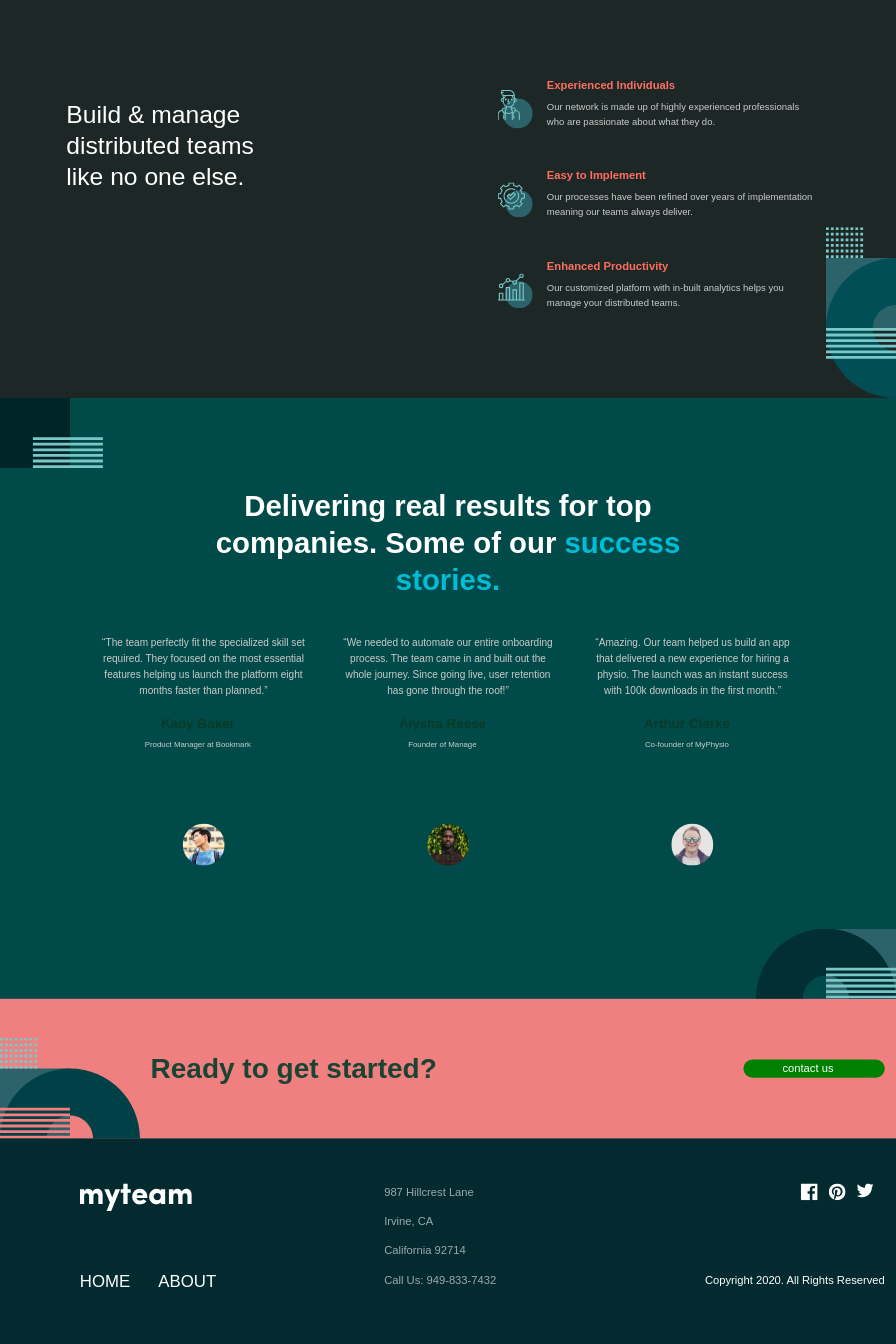
Repository: Gabriel221-dev/Project-page-main
Page: /
An editor plug-in stored every save of this project. The page is shown before and after the next save, followed by the edit.
The browser window is 1280 px wide. The pictures show the part of the page from y = 692 to 2612 px (the page is 2612 px tall), at 70% of full size.
The project was rebuilt for these pictures with package versions that can differ from the ones it lists, and the page was loaded fresh each time. Also part of the build but not shown: vite.config.js, src/pages/About.css, src/components/DirectorCard.css, src/components/DirectorCard.jsx, src/pages/About.jsx, src/pages/Contact.css, src/pages/Contact.jsx.

Above is the page before, as saved 2024-07-23 09:30:56.

### src/App.jsx
import { BrowserRouter as Router, Route, Routes } from "react-router-dom";
import Home from "./pages/Home";
import About from "./pages/About";
import Contact from "./pages/Contact";
import Header from "./components/Header";
import Footer from "./components/Footer";
import "./styles/global.css";

const App = () => {
  return (
    <Router>
      <Header />
      <main>
        <Routes>
          <Route path="/" element={<Home />} />
          <Route path="/about" element={<About />} />
          <Route path="/contact" element={<Contact />} />
        </Routes>
      </main>
      <Footer />
    </Router>
  );
};

export default App;

### src/pages/Home.jsx
import iconPerson from "../assets/Icon-Person1.png";
// import iconCog from "../assets/icon-cog.svg";
import iconChart from "../assets/icon-chart.svg";
import avatarAden from "../assets/avatar-aden.jpg";
import avatarDrake from "../assets/avatar-drake.jpg";
import avatarChristian from "../assets/avatar-christian.jpg";
import ContactBanner from "../components/ContactBanner";
import "./Home.css";

const Home = () => {
  return (
    <div className="home">
      <section className="find">
        <div className="find__content">
          <h1 className="find__title">
            Find the best <span className="find__title--coral">talent</span>
          </h1>
          <p className="find__description">
            Finding the right people and building high performing teams can be
            hard. Most companies aren’t tapping into the abundance of global
            talent. We’re about to change that.
          </p>
        </div>
      </section>
      <section className="build">
        <div className="build__content">
          <h2 className="build__title">
            Build & manage distributed teams like no one else.
          </h2>
          <div className="build__items">
            <div className="build__item">
              <img
                // src={iconPerson}
                src="/Imagez/icon-person.svg"
                alt="Experienced Individuals"
                className="build__icon"
              />
              <div className="build__text">
                <h3>Experienced Individuals</h3>
                <p>
                  Our network is made up of highly experienced professionals who
                  are passionate about what they do.
                </p>
              </div>
            </div>
            <div className="build__item">
              <img
                // src={iconCog}
                src="/Imagez/icon-cog.svg"
                alt="Easy to Implement"
                className="build__icon"
              />
              <div className="build__text">
                <h3>Easy to Implement</h3>
                <p>
                  Our processes have been refined over years of implementation
                  meaning our teams always deliver.
                </p>
              </div>
            </div>
            <div className="build__item">
              <img
                // src={iconChart}
                src="/Imagez/icon-chart.svg"
                alt="Enhanced Productivity"
                className="build__icon"
              />
              <div className="build__text">
                <h3>Enhanced Productivity</h3>
                <p>
                  Our customized platform with in-built analytics helps you
                  manage your distributed teams.
                </p>
              </div>
            </div>
          </div>
        </div>
      </section>
      <section className="delivering">
        <div className="delivering__content">
          <h2 className="delivering__title">
            Delivering real results for top companies. Some of our{" "}
            <span className="delivering__title--rapture-blue">
              success stories.
            </span>
          </h2>
          <div className="delivering__quotes">
            <div className="delivering__quote">
              <p>
                “The team perfectly fit the specialized skill set required. They
                focused on the most essential features helping us launch the
                platform eight months faster than planned.”
              </p>
              <h3>Kady Baker</h3>
              <p className="name__tag">Product Manager at Bookmark</p>
              <img src={avatarAden} alt="Kady Baker" />
            </div>
            <div className="delivering__quote">
              <p>
                “We needed to automate our entire onboarding process. The team
                came in and built out the whole journey. Since going live, user
                retention has gone through the roof!”
              </p>
              <h3>Aiysha Reese</h3>
              <p className="name__tag">Founder of Manage</p>
              <img src={avatarDrake} alt="Aiysha Reese" />
            </div>
            <div className="delivering__quote">
              <p>
                “Amazing. Our team helped us build an app that delivered a new
                experience for hiring a physio. The launch was an instant
                success with 100k downloads in the first month.”
              </p>
              <h3>Arthur Clarke</h3>
              <p className="name__tag">Co-founder of MyPhysio</p>
              <img src={avatarChristian} alt="Arthur Clarke" />
            </div>
          </div>
        </div>
      </section>
      <ContactBanner />
    </div>
  );
};

export default Home;

### src/components/Header.jsx
import { useState } from "react";
import { NavLink } from "react-router-dom";
import { FaBars } from "react-icons/fa";
import logo from "../assets/logo.svg";
import Sidebar from "./Sidebar";
import "./Header.css";
import { IconContext } from "react-icons";

const Header = () => {
  const [isSidebarToggled, setSidebarToggled] = useState(false);

  const handleToggle = () => {
    setSidebarToggled((prev) => !prev);
  };

  return (
    <>
      <IconContext.Provider value={{ color: "#fff" }}>
        <header className="header">
          <nav className="header__nav">
            <NavLink className="header__brand" to="/">
              <img
                className="header__logo"
                src={logo}
                alt="Logo"
                loading="eager"
                width="160"
              />
            </NavLink>

            <ul className="header__navigation">
              <li className="header__link">
                <NavLink
                  className={({ isActive }) =>
                    isActive
                      ? "header__anchor header__anchor--active"
                      : "header__anchor"
                  }
                  to="/"
                >
                  home
                </NavLink>
              </li>
              <li className="header__link">
                <NavLink
                  className={({ isActive }) =>
                    isActive
                      ? "header__anchor header__anchor--active"
                      : "header__anchor"
                  }
                  to="/about"
                >
                  about
                </NavLink>
              </li>

              <NavLink className="header__btn" to="/contact">
                contact us
              </NavLink>
            </ul>

            <button
              className="header__menu"
              title="Toggle Menu"
              onClick={handleToggle}
            >
              <FaBars />
            </button>
          </nav>
          <Sidebar isOpen={isSidebarToggled} onToggle={handleToggle} />
        </header>
      </IconContext.Provider>
    </>
  );
};

export default Header;

### src/styles/global.css
/* Reset some default browser styles */
* {
    margin: 0;
    padding: 0;
    box-sizing: border-box;
  }

  body {
    font-family: 'Arial', sans-serif;
    line-height: 1.6;
    color: #333;
    background-color: #004953;
    margin: 0;
    padding: 0;
  }

  /* Headings */
  h1, h2, h3, h4, h5, h6 {
    margin-bottom: 1rem;
    line-height: 1.25;
  }

  h1 {
    font-size: 2.5rem;
  }

  h2 {
    font-size: 2rem;
  }

  h3 {
    font-size: 1.75rem;
  }

  h4 {
    font-size: 1.5rem;
  }

  h5 {
    font-size: 1.25rem;
  }

  h6 {
    font-size: 1rem;
  }

  /* Paragraphs */
  p {
    margin-bottom: 1rem;
  }

  /* Links */
  a {
    color: #007BFF;
    text-decoration: none;
  }

  a:hover {
    text-decoration: underline;
  }

  /* Images */
  img {
    max-width: 100%;
    height: auto;
  }

  /* Forms */
  input, textarea, button {
    font-family: inherit;
    font-size: inherit;
  }

  input, textarea {
    width: 100%;
    padding: 0.5rem;
    margin-bottom: 1rem;
    border: 1px solid #ccc;
    border-radius: 4px;
  }

  button {
    padding: 0.5rem 1rem;
    background-color: #007BFF;
    color: #fff;
    border: none;
    border-radius: 4px;
    cursor: pointer;
  }

  button:hover {
    background-color: #0056b3;
  }

  /* Utility Classes */
  .container {
    max-width: 1200px;
    margin: 0 auto;
    padding: 0 1rem;
  }

  .text-center {
    text-align: center;
  }

  .mt-1 {
    margin-top: 1rem;
  }

  .mb-1 {
    margin-bottom: 1rem;
  }

  .mt-2 {
    margin-top: 2rem;
  }

  .mb-2 {
    margin-bottom: 2rem;
  }

  .mt-3 {
    margin-top: 3rem;
  }

  .mb-3 {
    margin-bottom: 3rem;
  }

  .mt-4 {
    margin-top: 4rem;
  }

  .mb-4 {
    margin-bottom: 4rem;
  }

  .mt-5 {
    margin-top: 5rem;
  }

  .mb-5 {
    margin-bottom: 5rem;
  }

### src/components/ContactBanner.jsx
import { Link } from "react-router-dom";
import "./ContactBanner.css";

const ContactBanner = () => {
  return (
    <div className="banner">
      <div className="banner__content">
        <h1 className="banner__title">Ready to get started?</h1>
        <Link to="/contact" className="banner__btn">
          contact us
        </Link>
      </div>
    </div>
  );
};

export default ContactBanner;

### src/components/Sidebar.jsx
import PropTypes from "prop-types";
import { useNavigate } from "react-router-dom";
import { AiOutlineClose } from "react-icons/ai";
import "./Sidebar.css";
import { IconContext } from "react-icons";

const Sidebar = ({ isOpen, onToggle }) => {
  const navigate = useNavigate();

  const handleNavigate = (path) => {
    navigate(path);
    onToggle();
  };

  return (
    <IconContext.Provider value={{ color: "#fff" }}>
      <div className={`sidebar ${isOpen ? "sidebar--open" : ""}`}>
        <div className="sidebar__overlay" onClick={onToggle}></div>
        <div className="sidebar__content">
          <div className="sidebar__header">
            <button
              className="sidebar__close"
              title="Close Menu"
              onClick={onToggle}
            >
              <AiOutlineClose />
            </button>
          </div>

          <ul className="sidebar__navigation">
            <li className="sidebar__link">
              <button
                className="sidebar__anchor"
                onClick={() => handleNavigate("/")}
              >
                home
              </button>
            </li>
            <li className="sidebar__link">
              <button
                className="sidebar__anchor"
                onClick={() => handleNavigate("/about")}
              >
                about
              </button>
            </li>
          </ul>

          <button
            className="sidebar__btn"
            onClick={() => handleNavigate("/contact")}
          >
            contact us
          </button>
        </div>
      </div>
    </IconContext.Provider>
  );
};

Sidebar.propTypes = {
  isOpen: PropTypes.bool.isRequired,
  onToggle: PropTypes.func.isRequired,
};

export default Sidebar;

### src/components/Header.css
.header {
    background-color: #004953;
    height: 194px;
    display: flex;
    justify-content: space-between;
    align-items: center;
    padding: 1rem 7rem;
  }

  @media only screen and (max-width: 850px) {
    .header {
      height: 150px;
      /* background-color:red; */
      align-items:left;
    }
  }

  @media only screen and (max-width: 576px) {
    .header {
      height: 128px;
    }
  }

  .header__nav {
    /* display: flex;
    align-items: center;
    gap: 8rem; */
    grid-column: center-start / center-end;
    display: grid;
    grid-template-columns: max-content 1fr max-content;
    align-items: center;
    column-gap: 8rem;

    @media only screen and (max-width: 768px) {
      column-gap: 4rem;
    }

    @media only screen and (max-width: 576px) {
        grid-template-columns: repeat(2, 1fr);
        column-gap: 0;
    }
  }

  .header__logo {
    max-width: 158px;

    @media only screen and (max-width: 768px) {
      margin-right: 14rem;
      margin-left: -5rem;
    }
  }

  .header__navigation {
    list-style: none;
    display: flex;
    margin: 0;
    padding: 0;
    text-decoration: none;

    @media only screen and (max-width: 820px) {
      display: none;
    }
  }

  .header__link {
    margin-right: 4rem;
    text-decoration: none;
  }

  /* .header:last-child {
    margin-right: 0;
  } */

  .header__anchor {
    font-size: 1.3rem;
    text-decoration: none;
    color: #333;
    font-weight: bold;
  }

  .header__anchor:hover{
    text-decoration: none;
  }

  .header__anchor--active {
    color: #f08080;
}

  .header__btn {
    background-color: transparent;
    border: 2px solid #fff;
    border-radius:16px;
    color: #fff;
    padding: 0.5rem 1.5rem;
    margin-left: 16rem;
    text-decoration: none;
    display: inline-block;
    cursor: pointer;
    justify-self: end;

    @media only screen and (max-width: 820px) {
      display: none;
    }
  }

  .header__btn:hover{
    background-color:white;
    color:#004953;
    text-decoration: none;
    border-radius:16px;
    transform: scale(1.05);
    transition: transform 0.6s ease-in-out, border-bottom 0.6s ease;
  }

  .header__menu {
    display: none;

    @media only screen and (max-width: 820px) {
      display: flex;
      width: 50px;
      height: 28px;
      padding: .1rem;
      border: 0;
      outline: 0;
    }
  }

  .header__menu:hover{
    background:none;
  }

### src/components/Footer.css
.footer {
    background-color: #022a2f;
    display: grid;
    grid-template-rows: 48px auto 48px;
    padding: 1rem;
  }

  @media only screen and (max-width: 768px) { /* Example breakpoint */
    .footer {
      grid-template-rows: 50px repeat(1, min-content) 56px;
    }
  }

  @media only screen and (max-width: 650px) {
    .footer {
      grid-template-rows: 64px repeat(1, min-content) 64px;
    }
  }

  .footer__content {
    display: grid;
    grid-column: center-start / center-end;
    grid-template-columns: max-content 1fr max-content;
    column-gap: 12.5rem;
    grid-column: 2;
    grid-row: 2 / 3;
  }

  @media only screen and (max-width: 1024px) {
    .footer__content {
      column-gap: 8rem;
    }
  }

  @media only screen and (max-width: 768px) {
    .footer__content {
      grid-template-columns: repeat(1, 1fr);
      grid-template-rows: repeat(1, min-content);
      row-gap: 3.2rem;
    }
  }

  @media only screen and (max-width: 480px) {
    .footer__content {
      grid-template-columns: 1fr;
      grid-template-rows: repeat(1, min-content);
      /* row-gap: 2.4rem; */
    }
  }

  .footer__pages {
    display: flex;
    flex-direction: column;
    justify-content: space-between;
  }

  @media only screen and (max-width: 480px) {
    .footer__pages {
      grid-column: 1 / 3;
      grid-row: 1 / 2;
      justify-self: center;
      align-items: center;
    }
  }

  .footer__logo {
    width: 160px;
  }

  @media only screen and (max-width: 768px) {
    .footer__logo {
      width: 96px;
    }
  }

  @media only screen and (max-width: 480px) {
    .footer__logo {
      margin-bottom: 24px;
    }
  }

  .footer__navigation {
    list-style: none;
    display: flex;
    margin-bottom: 7px;
  }

  @media only screen and (max-width: 768px) {
    .footer__navigation {
      margin-bottom: 0;
    }
  }

  .footer__link {
    margin-right: 40px;
    transition: color 0.3s;
  }

  @media only screen and (max-width: 1024px) {
    .footer__link {
      margin-right: 24px;
    }
  }

  @media only screen and (max-width: 768px) {
    .footer__link {
      margin-right: 1rem;
      margin-bottom: 16px;
    }
  }

  .footer__link:hover {
    color: var(--light-coral);
  }

  .footer__anchor {
    text-decoration: none;
    color: white;
    font-size: 1.5rem;
    text-transform: uppercase;
  }

  @media only screen and (max-width: 768px) {
    .footer__anchor {
      font-size: 1.5rem;
    }
  }

  .footer__information {
    display: flex;
    flex-direction: column;
  }

  @media only screen and (max-width: 768px) {
    .footer__information {
      text-align: right;
      margin-bottom: 2px;
    }
  }

  @media only screen and (max-width: 480px) {
    .footer__information {
      grid-column: 1 / 3;
      grid-row: 2 / 3;
      text-align: center;
    }
  }

  .footer__text {
    color: white;
    mix-blend-mode: normal;
    opacity: 0.6;
  }

  .footer__more {
    display: flex;
    flex-direction: column;
    justify-content: space-between;
    align-items: flex-end;
  }

  @media only screen and (max-width: 768px) {
    .footer__more {
      grid-column: 1 / 3;
      grid-row: 2 / 3;
      flex-direction: row;
      align-items: center;
    }
  }

  @media only screen and (max-width: 480px) {
    .footer__more {
      grid-column: 1 / 3;
      grid-row: 3 / 4;
      flex-direction: column;
      margin-top: 16px;
    }
  }

  .footer__socials {
    display: flex;
    margin-bottom: 7px;
  }

  @media only screen and (max-width: 768px) {
    .footer__socials {
      line-height: 0;
    }
  }

  @media only screen and (max-width: 480px) {
    .footer__socials {
      margin-bottom: 16px;
    }
  }

  .footer__social {
    margin-right: 16px;
    transition: fill 0.3s;
  }

  .footer__icon {
    width: 24px;
    height: 24px;
  }

  .footer__copy {
    color: white;
  }

### src/components/ContactBanner.css
.banner {
    background-color: #f08080;
    height: 200px;
    display: grid;
    column-gap: 3rem;
    align-items: center;
    align-content: center;
    background-image: url(/public/Imagez/bg-pattern-home-6-about-5.svg);
    background-repeat: no-repeat;
    background-position: left bottom;

    @media only screen and (max-width: 768px) {
      height: 302px;
    }
  }

  .banner__content {
    grid-column: 2 / 10;
    display: grid;
    grid-template-columns: repeat(12, 1fr);
    align-items: center;
    grid-column: center-start / center-end;
    column-gap: 3rem;

    @media only screen and (max-width: 768px) {
      grid-template-rows: repeat(2, min-content);
      grid-template-columns: 1fr;
      column-gap: 0;
      row-gap: 2.4rem;
      text-align: center;
    }
  }

  .banner__title {
    color: #1b4332;
    margin: 1rem;
    grid-column:1 / 7;


    @media only screen and (max-width: 768px) {
      grid-column: 2 / 9;
    }

    @media only screen and (max-width: 480px) {
      grid-column: 1 / 2;
    }
  }

  .banner__btn {
    grid-column: 10 / -1;
    background-color: green;
    color: #ffffff;
    margin: 1rem;
    border-radius: 1rem;
    padding-left: 3.5rem;


    @media only screen and (max-width: 768px) {
        grid-column: 9 / -1;
      margin: auto;
      padding: .5rem;
    }
  }

  /* New styles for mobile layout */
  @media only screen and (max-width: 480px) {
    .banner__content {
      grid-template-columns: auto; /* Remove explicit row heights */
      text-align: center; /* Center align content on smaller screens */
    }

    .banner__title {
      grid-column: 1 / -1; /* Span across all columns */
      margin-bottom: 1rem; /* Add space between title and button */
    }
  }

### src/components/Sidebar.css
.sidebar {
    display: none;
    width: 100%;
    height: 100%;
    position: fixed;
    top: 0;
    left: 0;
    z-index: 100;
    transition: all 0.3s ease;
  }

  .sidebar--open {
    display: grid;
    grid-template-columns: 1fr min-content;
  }

  .sidebar__overlay {
    grid-column: 1 / -1;
    grid-row: 1 / 2;
    background-color: rgba(0, 0, 0, 0.5);
    transition: background-color 0.3s ease;

  }

  .sidebar__content {
    grid-column: 2 / 3;
    grid-row: 1 / 2;
    background-color: #194c4c;
    width: 250px;
    display: grid;
    grid-template-rows: 128px repeat(2, min-content);
    grid-template-columns: 48px 1fr 25px;
    transition: width 0.3s ease;
    background-image: url(/public/Imagez/bg-pattern-about-1-mobile-nav-1.svg);
    background-repeat: no-repeat;
    background-position: right -100px bottom;
    transition: width .4s ease;

  }

  .sidebar__header {
    grid-column: 2 / 3;
    justify-self: end;
    align-self: center;
  }

  .sidebar__close {
    background-color:#194c4c ;
    width: 30px;
    border: 0;
    outline: 0;
  }

  .sidebar__close:hover{
    background-color:#194c4c;
  }

  .sidebar__navigation {
    grid-column: 2 / 3;
    list-style: none;
    margin: 0;
    padding: 0;
  }

  .sidebar__link {
    margin-bottom: 2.4rem;
  }

  .sidebar__anchor {
    font-size: 1.1rem;
    color: #fff;
    background: transparent;
    border: none;
    text-decoration: none;
    cursor: pointer;
  }

  .sidebar__anchor:hover{
    background:none;
  }

  .sidebar__btn {
    grid-column: 2 / 3;
    background-color: transparent;
    border: 1px solid #fff;
    color: #fff;
    padding: 0.5rem 1rem;
    text-decoration: none;
    display: inline-block;
    cursor: pointer;
    width: 159px;
  }

  .sidebar__btn:hover{
    background:white;
    color:#194c4c;
    transform: scale(1.05);
    transition: transform 0.3s ease-in-out, border-bottom 0.6s ease;
  }

  .sidebar--open .sidebar__overlay {
    background-color: rgba(0, 0, 0, 0.5);
  }

  .sidebar--open .sidebar__content {
    width: 250px;
  }

  @media (max-width: 768px) {
    .header__menu {
      display: grid;
      background-color: transparent;
      width: 24px;
      border: 0;
      outline: 0;
      justify-self: end;
      align-self: center;
      margin-left: auto;
    }
  }

Loaded but not shown: index.html (common file); src/main.jsx (common file); src/pages/Home.css (368 lines, source omitted); src/components/Footer.jsx (90 lines, source omitted)

After the next save:
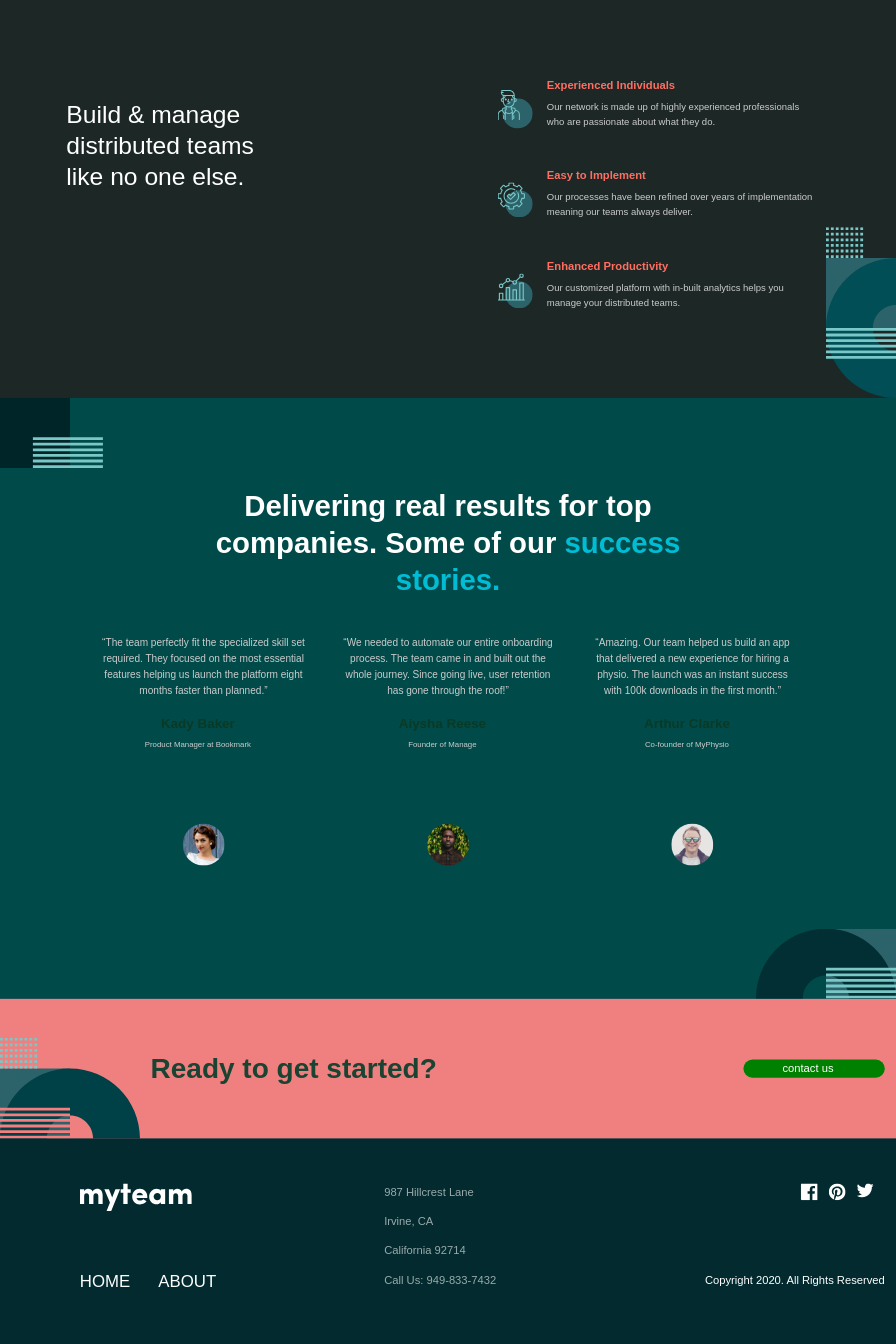
Saved 61 s later.
--- a/src/pages/Home.jsx
+++ b/src/pages/Home.jsx
@@ -93,7 +93,7 @@ const Home = () => {
               </p>
               <h3>Kady Baker</h3>
               <p className="name__tag">Product Manager at Bookmark</p>
-              <img src={avatarAden} alt="Kady Baker" />
+              <img src="/Imagez/avatar-aiysha.jpg" alt="Kady Baker" />
             </div>
             <div className="delivering__quote">
               <p>
